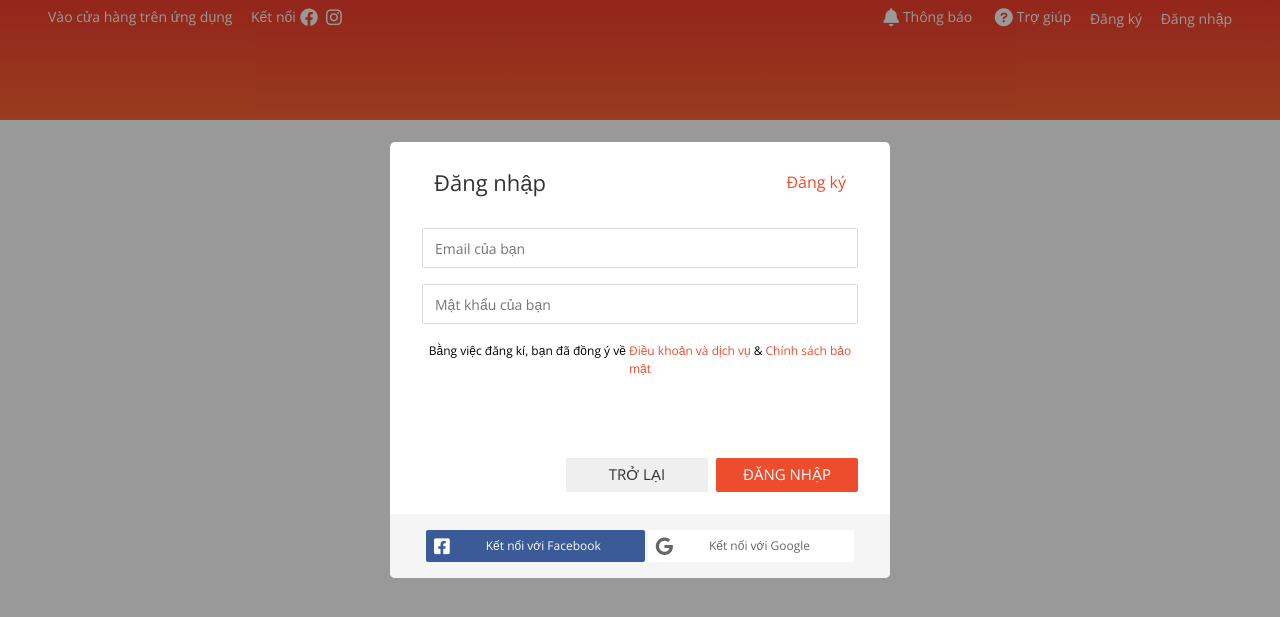
Repository: trongtamdev/Clone-Shopee-Page
Page: index.html
These files come from the project's save history. The page is drawn as it stood at one moment and after the next save; the edit follows.
The browser window is 1280 px wide. The pictures show the whole page.

Above is the page before, as saved 2022-07-09 14:32:34.

### index.html
<!DOCTYPE html>
<html lang="en">

<head>
    <meta charset="UTF-8">
    <meta http-equiv="X-UA-Compatible" content="IE=edge">
    <meta name="viewport" content="width=device-width, initial-scale=1.0">
    <title>Document</title>
    <link rel="stylesheet" href="https://cdnjs.cloudflare.com/ajax/libs/normalize/8.0.1/normalize.min.css">
    <link rel="stylesheet" href="assets/css/base.css">
    <link rel="stylesheet" href="assets/css/main.css">
    <link rel="stylesheet" href="assets/fonts/fontawesome-free-6.1.1/css/all.min.css">
    <link href="https://fonts.googleapis.com/css2?family=Open+Sans:wght@300;400;500;700&display=swap" rel="stylesheet">
</head>
    <div class="app">
        <header class="header">
            <div class="grid">
                <nav class="header__navbar">
                    <ul class="header__navbar-list">
                        <li class="header__navbar-item header__navbar-item--has-qr">
                            Vào cửa hàng trên ứng dụng
                            <div class="header__qr">
                                <img src="assets/img/qr_code.png" alt="QR code" class="header__qr-img">
                                <div class="header__qr-apps">
                                    <a href="" class="header__qr-link">
                                        <img src="assets/img/google_play.png" alt="Google play" class="header__qr-download-img">
                                    </a>
                                    <a href="" class="header__qr-link">
                                        <img src="assets/img/app_store.png" alt="App store" class="header__qr-download-img">
                                    </a>
                                </div>
                            </div>
                        </li>
                        <li class="header__navbar-item">
                            <span class="header__navbar-title--no-pointer">Kết nối</span>
                            <a href="" class="header__navbar-icon-link">
                                <i class="header__navbar-icon fa-brands fa-facebook"></i>
                            </a>
                            <a href="" class="header__navbar-icon-link">
                                <i class="header__navbar-icon fa-brands fa-instagram"></i>
                            </a>
                        </li>
                    </ul>

                    <ul class="header__navbar-list">
                        <li class="header__navbar-item">
                            <a href="" class="header__navbar-item-link">
                                <i class="header__navbar-icon fa-solid fa-bell"></i>
                                Thông báo</a>
                        </li>

                        <li class="header__navbar-item">
                            <a href="" class="header__navbar-item-link">
                                <i class="header__navbar-icon fa-solid fa-circle-question"></i>
                                Trợ giúp</a>
                        </li>

                        <li class="header__navbar-item header__navbar-item--strong">Đăng ký</li>
                        <li class="header__navbar-item header__navbar-item--strong">Đăng nhập</li>
                    </ul>
                </nav>
            </div>

        </header>

        <div class="container">

        </div>

        <footer class="footer">

        </footer>
    </div>
    <div class="modal">
        <div class="modal__overlay">

        </div>
        <div class="modal__body">

        <!-- Register form -->
        <!-- <div class="auth-form">
            <div class="auth-form__container">
                <div class="auth-form__header">
                    <h3 class="auth-form__heading">Đăng ký</h3>
                    <span class="auth-form__switch-btn">Đăng nhập</span>
                </div>

                <div class="auth-form__form">
                    <div class="auth-form__group">
                        <input type="text" class="auth-form__input" placeholder="Email của bạn">
                    </div>

                    <div class="auth-form__group">
                        <input type="password" class="auth-form__input" placeholder="Mật khẩu của bạn">
                    </div>

                    <div class="auth-form__group">
                        <input type="password" class="auth-form__input" placeholder="Nhập lại mật khẩu">
                    </div>
                </div>

                <div class="auth-form__aside">
                    <p class="auth-form__policy-text">
                        Bằng việc đăng kí, bạn đã đồng ý về
                        <a href="" class="auth-form__text-link">Điều khoản và dịch vụ</a> &
                        <a href="" class="auth-form__text-link">Chính sách bảo mật</a>
                    </p>
                </div>

                <div class="auth-form__controls">
                    <button class="btn btn--normal auth-form__controls-back">TRỞ LẠI</button>
                    <button class="btn btn--primary">ĐĂNG KÝ</button>
                </div>
            </div>

            <div class="auth-form__socials">
                <a href="" class="btn auth-form__socials--facebook btn--size-s btn--with-icon">
                    <i class="auth-form__socials-icon fa-brands fa-facebook-square"></i>
                    <span class="auth-form__socials-title">
                        Kết nối với Facebook
                    </span>
                </a>

                <a href="" class="btn auth-form__socials--google btn--size-s btn--with-icon">
                    <i class="auth-form__socials-icon fa-brands fa-google"></i>
                    <span class="auth-form__socials-title">
                    Kết nối với Google
                    </span>
                </a>
            </div>
        </div> -->


        <!-- Login form -->
        <div class="auth-form">
        <div class="auth-form__container">
            <div class="auth-form__header">
                <h3 class="auth-form__heading">Đăng nhập</h3>
                <span class="auth-form__switch-btn">Đăng ký</span>
            </div>

            <div class="auth-form__form">
                <div class="auth-form__group">
                    <input type="text" class="auth-form__input" placeholder="Email của bạn">
                </div>

                <div class="auth-form__group">
                    <input type="password" class="auth-form__input" placeholder="Mật khẩu của bạn">
                </div>

            </div>

            <div class="auth-form__aside">
                <p class="auth-form__policy-text">
                    Bằng việc đăng kí, bạn đã đồng ý về
                    <a href="" class="auth-form__text-link">Điều khoản và dịch vụ</a> &
                    <a href="" class="auth-form__text-link">Chính sách bảo mật</a>
                </p>
            </div>

            <div class="auth-form__controls">
                <button class="btn btn--normal auth-form__controls-back">TRỞ LẠI</button>
                <button class="btn btn--primary">ĐĂNG NHẬP</button>
            </div>
        </div>

        <div class="auth-form__socials">
            <a href="" class="btn auth-form__socials--facebook btn--size-s btn--with-icon">
                <i class="auth-form__socials-icon fa-brands fa-facebook-square"></i>
                <span class="auth-form__socials-title">
                    Kết nối với Facebook
                </span>
            </a>

            <a href="" class="btn auth-form__socials--google btn--size-s btn--with-icon">
                <i class="auth-form__socials-icon fa-brands fa-google"></i>
                <span class="auth-form__socials-title">
                Kết nối với Google
                </span>
            </a>
        </div>
    </div>

        </div>
    </div>
<body>

</body>

</html>

### assets/css/base.css
:root {
    --white-color :#fff;
    --back-color :#000;
    --text-color : #333;
    --primary-color: #EE4D2D;
    --border-color: #dbdbdb;
}

*{
    box-sizing: inherit;
}

html {
    font-size: 62.5%;
    line-height: 1.6rem;
    font-family: 'Open Sans', sans-serif;;
    box-sizing: border-box;
}

.grid {
    width: 1200px;
    max-width: 100%;
    margin: 0 auto;
}

.grid__full-width {
    width: 100%;
}

.grid__row {
    display: flex;
    flex-wrap: wrap
}

/* Animation */
@keyframes fadeIn {
    from {
        opacity: 0;
    }to {
        opacity: 1;
    }
}

/* Modal */

.modal {
    position: fixed;
    top: 0;
    right: 0;
    bottom: 0;
    left: 0;
    display: flex;
}

.modal__overlay {
    position: absolute;
    width: 100%;
    height: 100%;
    background-color: rgba(0, 0, 0, 0.4);
}

.modal__body {
    margin: auto;
    position: relative;
    z-index: 1;
}

/* Button Style */
.btn {
    min-width: 142px;
    height: 34px;
    text-decoration: none;
    border: none;
    border-radius: 2px;
    font-size: 1.5rem;
    padding: 0 12px;
    outline: none;
    cursor: pointer;
    color: var(--text-color);
    display: flex;
    align-items: center;
    justify-content: center;
}

.btn.btn--normal:hover {
    background-color: rgba(0, 0, 0, 0.2);
}

.btn.btn--size-s {
    height: 32px;
    font-size: 12px;
    padding: 0 8px;
}


.btn.btn--primary {
    color: var(--white-color);
    background-color: var(--primary-color);
}

.btn.btn--disabled {
    color: #949494;
    cursor: default;
    background-color: #c3c3c3;
}

### assets/css/main.css
.header {
    height: 120px;
    background-image: linear-gradient(0, #fe6433, #f53e2d);
}

.header__navbar {
    display: flex;
    justify-content: space-between;
}

.header__navbar-list {
    list-style: none;
    padding: 0;
    margin-top: 4px;
}

.header__navbar-item {
    margin: 0 8px;
    position: relative;
    min-height: 26px;
}

.header__navbar-item--has-qr:hover .header__qr {
    display: block;
}

.header__navbar-item,
.header__navbar-item-link{
    display: inline-block;
    font-size: 1.4rem;
    color :var(--white-color);
    text-decoration: none;
    font-weight: 300;
}

.header__navbar-item,
.header__navbar-item-link,
.header__navbar-icon-link {
    display: inline-flex;
    align-items: center;
}

.header__navbar-item:hover,
.header__navbar-item-link:hover,
.header__navbar-icon-link:hover{
    cursor: pointer;
    color: rgba(255, 255, 255, 0.7);
}

.header__navbar-item--strong {
    font-weight: 400;
}


.header__navbar-icon-link {
    color: var(--white-color);
    text-decoration: none;
}

.header__navbar-icon {
    font-size: 1.8rem;
    margin: 0 4px;
}

.header__navbar-title--no-pointer {
    color: var(--white-color);
    cursor: text;
}

/* Header QR code */

.header__qr {
    width: 186px;
    background-color: var(--white-color);
    position: absolute;
    left: 0;
    top: 118%;
    padding: 8px;
    border-radius: 2px;
    display: none;
    animation: fadeIn ease-in 0.5s;
}

.header__qr::before {
    position: absolute;
    left: 0;
    top: -16px;
    width: 100%;
    height: 20px;
    content: "";
    display: block;
}

.header__qr-img {
    width: 100%;
}

.header__qr-apps {
    display: flex;
}

.header__qr-link:nth-child(1) {
    margin-left: 11px;
}

.header__qr-link:nth-child(2) {
    margin-right: 11px;
}

.header__qr-download-img {
    height: 18px;
}


/* Authen Modal */

.auth-form {
    width: 500px;
    background-color: var(--white-color);
    border-radius: 5px;
    overflow: hidden;
}


.auth-form__container {
    padding: 0 32px;
}

.auth-form__header {
    display: flex;
    align-items: center;
    justify-content: space-between;
    padding: 0 12px;
    margin-top: 10px;
}

.auth-form__heading {
    font-size: 2.2rem;
    font-weight: 400;
    color: var(--text-color);
}

.auth-form__switch-btn {
    font-size: 1.6rem;
    font-weight: 400;
    color: var(--primary-color);
    cursor: pointer;
}

.auth-form__form {

}

.auth-form__input {
    width: 100%;
    height: 40px;
    margin-top: 16px;
    padding: 0 12px;
    font-size: 1.4rem;
    border: 1px solid var(--border-color);
    border-radius: 2px;
    outline: none;
}

.auth-form__input:focus {
    border-color: #777;
}

.auth-form__aside {
    margin-top: 18px;
}

.auth-form__policy-text {
    font-size: 1.2rem;
    line-height: 1.8rem;
    text-align: center;
    padding: 0 12pxs;
}

.auth-form__text-link {
    text-decoration: none;
    color: var(--primary-color);
}

.auth-form__controls {
    display: flex;
    justify-content: flex-end;
    margin-top: 80px;
}

.auth-form__controls-back {
    margin-right: 8px;
}

.auth-form__socials {
    background-color: #f5f5f5;
    padding: 16px 36px;
    display: flex;
    justify-content: space-between;
    margin-top: 22px;
}

.auth-form__socials-icon {
    font-size: 1.8rem;

}

.auth-form__socials--facebook {
    color: var(--white-color);
    background-color: #3A5A98;
}

.auth-form__socials--facebook
.auth-form__socials-icon {
    color: var(--white-color);
}

.auth-form__socials-title {
    margin: 0 36px;
}

.auth-form__socials--google {
    background-color: var(--white-color);
    color: #666;
}

Loaded but not shown: assets/fonts/fontawesome-free-6.1.1/css/all.min.css (library)

After the next save:
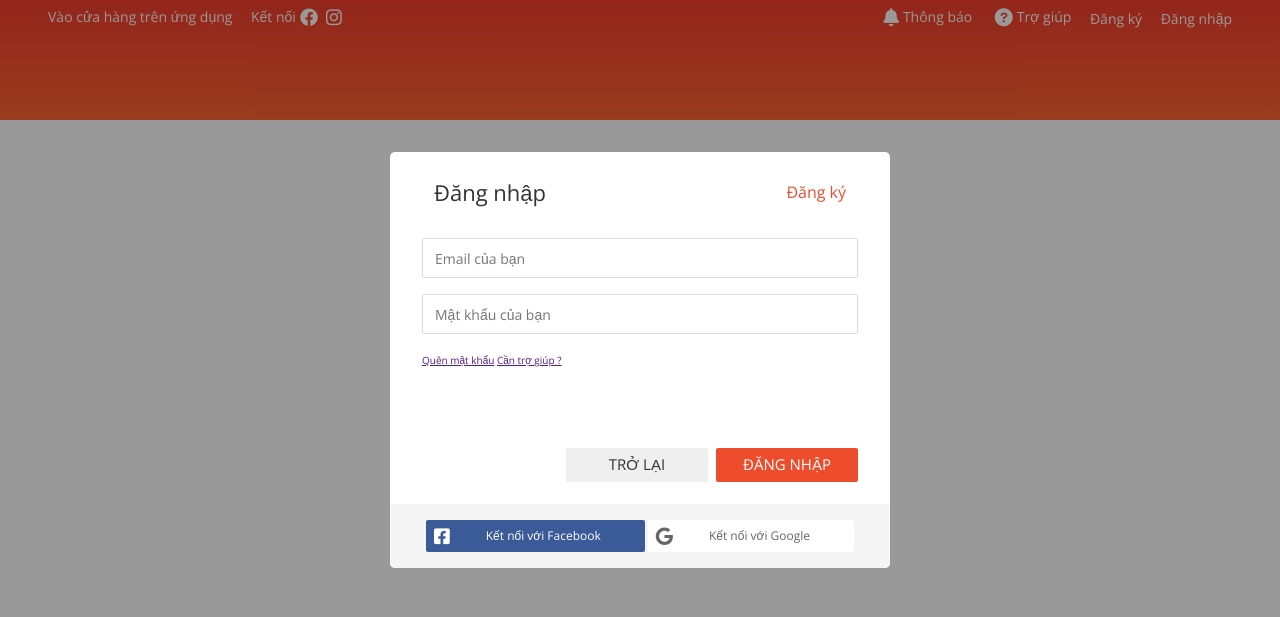
Saved 68 min 22 s later.
--- a/index.html
+++ b/index.html
@@ -151,11 +151,10 @@
             </div>
 
             <div class="auth-form__aside">
-                <p class="auth-form__policy-text">
-                    Bằng việc đăng kí, bạn đã đồng ý về
-                    <a href="" class="auth-form__text-link">Điều khoản và dịch vụ</a> &
-                    <a href="" class="auth-form__text-link">Chính sách bảo mật</a>
-                </p>
+                <div class="auth-form__help">
+                    <a href="" class="auth-form__help-link">Quên mật khẩu</a>
+                    <a href="" class="auth-form__help-link">Cần trợ giúp ?</a>
+                </div>
             </div>
 
             <div class="auth-form__controls">
